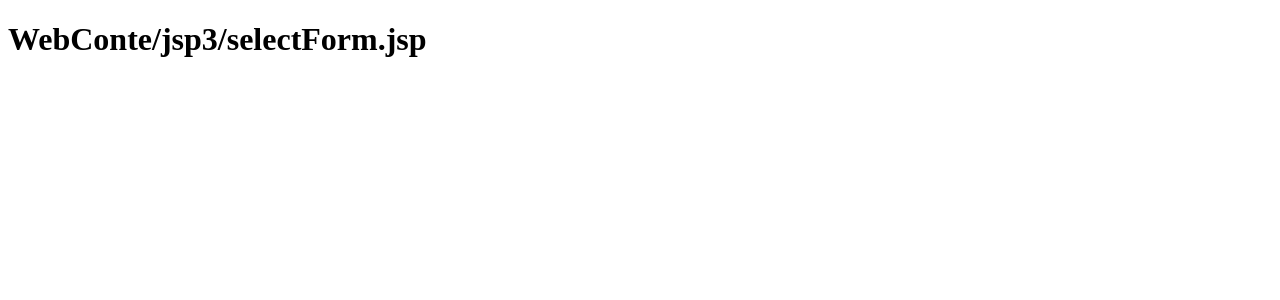
Repository: ReadStar/workspace_jsp
Page: http://localhost/StudyJSP/jsp3/selectForm.jsp
The author's editor kept a copy of each file at every save. The page is drawn from the files as they stood at one save, then again after the next save.
The browser window is 1280 px wide. The pictures show the whole page.
The page is served by Tomcat 9.

Above is the page before, as saved 2020-08-25 02:19:50.

After the next save:
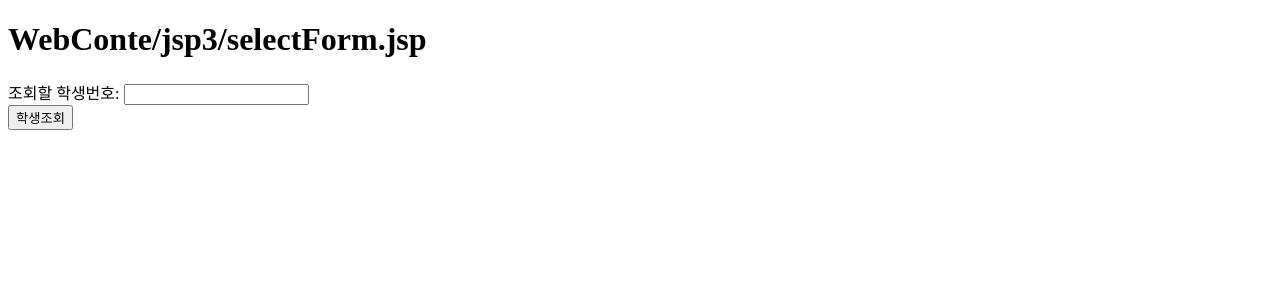
Saved 75 s later.
--- a/StudyJSP/WebContent/jsp3/selectForm.jsp
+++ b/StudyJSP/WebContent/jsp3/selectForm.jsp
@@ -8,6 +8,9 @@
 </head>
 <body>
 <h1>WebConte/jsp3/selectForm.jsp</h1>
-
+<form action="selectPro.jsp" method="post">
+조회할 학생번호: <input type="text"	name ="num"><br>
+<input type="submit" value="학생조회">
+</form>
 </body>
 </html>
